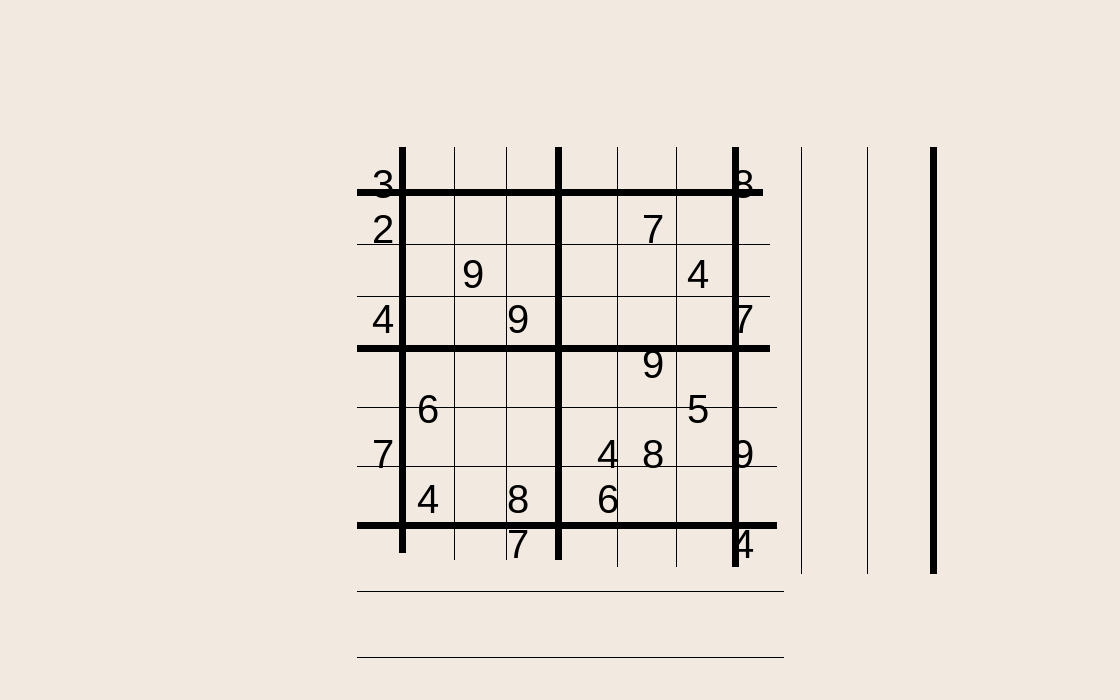
Repository: JensVL96/Puzzle-solver-for-fun
Script's output: python sudoku.py
The author's editor kept a copy of each file at every save. The script's output is drawn from the files as they stood at one save, then again after a run of saves.
The window is shown after at most 60 frames with no key pressed. A system font it names is replaced by a similar one. Random numbers start from a fixed seed.

Above is the script's output before, as saved 2020-11-07 21:40:54.

After the next 2 saves:
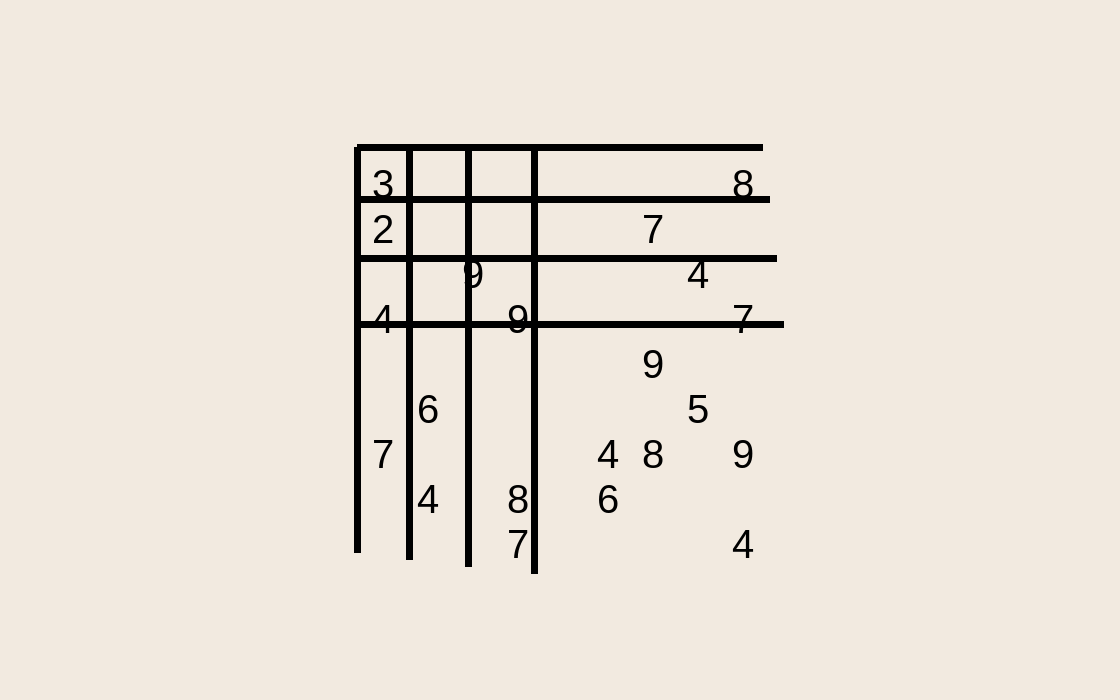
The 2 saves are shown as one change because 1 did not build or start.
The last was saved 15 min 10 s later.
--- a/display_board.py
+++ b/display_board.py
@@ -48,12 +48,12 @@ class Display_board():
                 size += 7
             # else:
             #     size = 0
+                TOPLx_coord += BLOCK_SIZE + size
+                TOPLy_coord += BLOCK_SIZE + size
+                TOPRy_coord += BLOCK_SIZE + size
+                BOTLx_coord += BLOCK_SIZE + size
             check_diffX = TOPLx_coord
-            TOPLx_coord += BLOCK_SIZE + size
             check_diffY = TOPLy_coord
-            TOPLy_coord += BLOCK_SIZE + size
-            TOPRy_coord += BLOCK_SIZE + size
-            BOTLx_coord += BLOCK_SIZE + size
 
             #       thick           Thick     thin    thin  thick   thin    thin  thick   thin    thin  thick
             # TOP_LX -> TOP_RX & ( TOP_LY -> BS + 7 -> BS -> BS -> BS + 7 -> BS -> BS -> BS + 7 -> BS -> BS)
